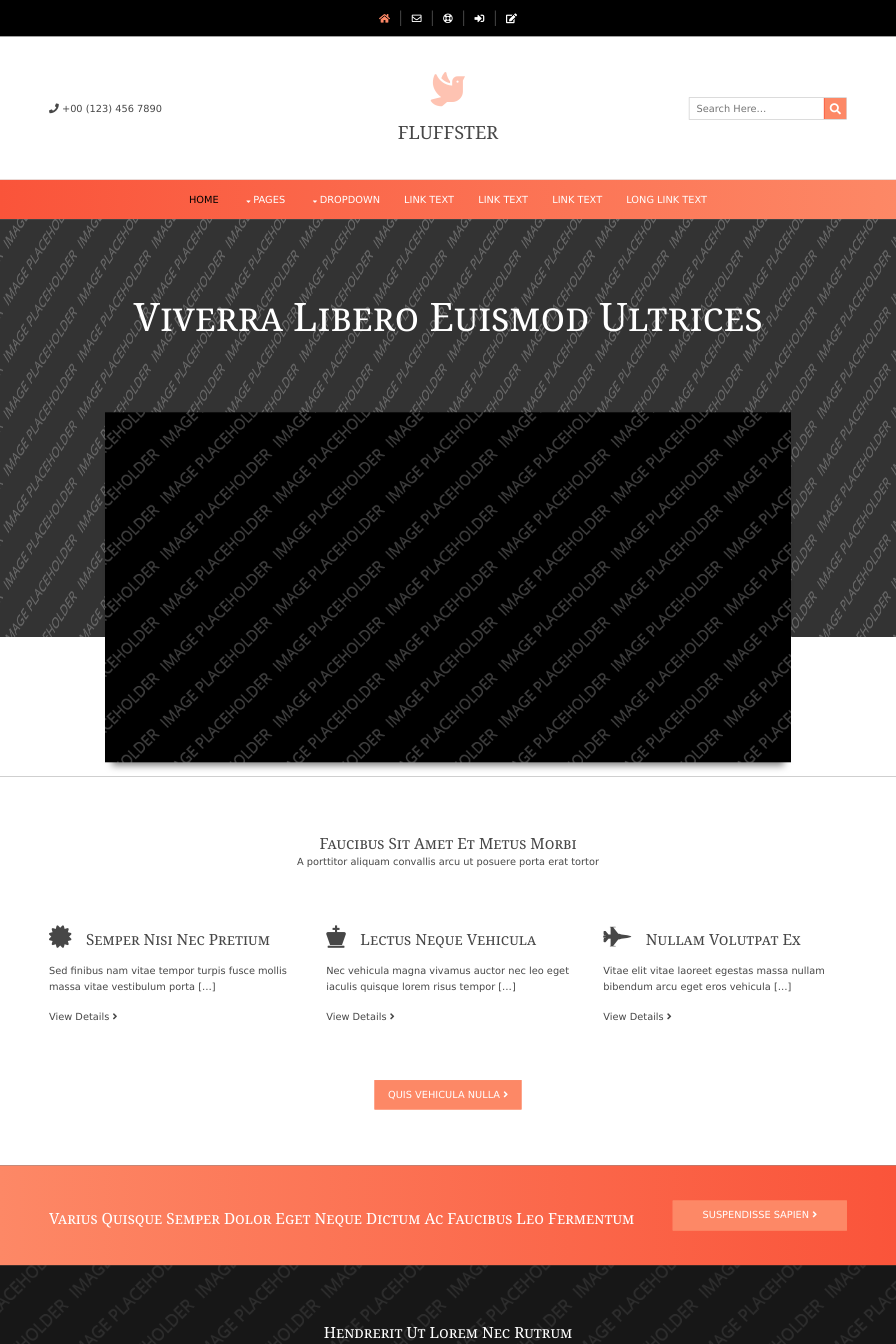
Repository: ajeytiwary/Hello-World
Page: index.html
The author's editor kept a copy of each file at every save. The page is drawn from the files as they stood at one save, then again after the next save.
The browser window is 1280 px wide. The pictures show the part of the page from y = 0 to 1920 px (the page is 4015 px tall), at 70% of full size.

Above is the page before, as saved 2018-06-08 10:40:01.

After the next save:
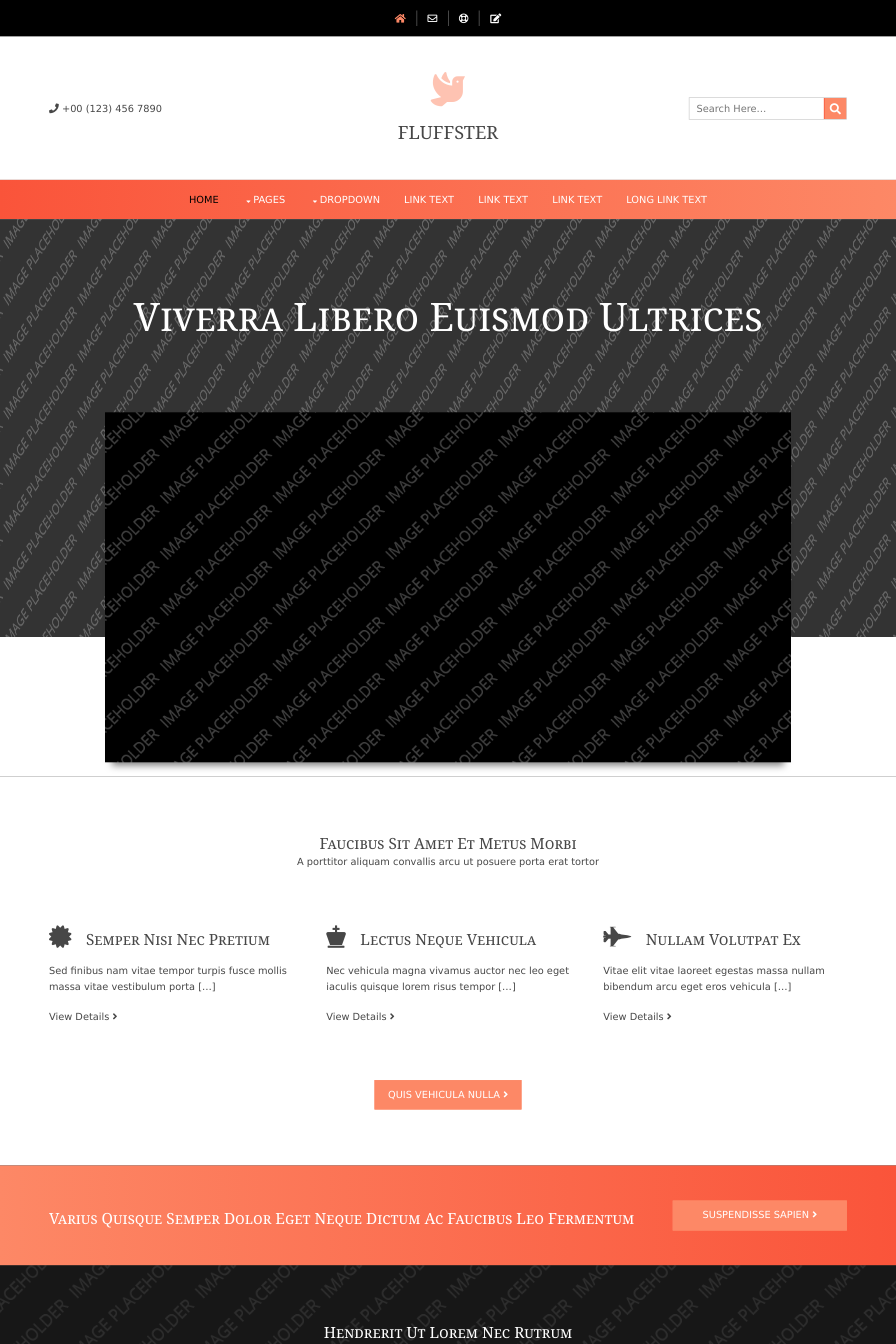
Saved 869 days later.
--- a/index.html
+++ b/index.html
@@ -26,7 +26,7 @@
       <li><a href="index.html" title="Home"><i class="fas fa-home"></i></a></li>
       <li><a href="#" title="Send a Mail"><i class="far fa-envelope"></i></a></li>
       <li><a href="#" title="Help Centre"><i class="far fa-life-ring"></i></a></li>
-      <li><a href="#" title="Login"><i class="fas fa-sign-in-alt"></i></a></li>
+      <!-- <li><a href="#" title="Login"><i class="fas fa-sign-in-alt"></i></a></li> -->
       <li><a href="#" title="Sign Up"><i class="fas fa-edit"></i></a></li>
     </ul>
     <!-- ################################################################################################ -->
